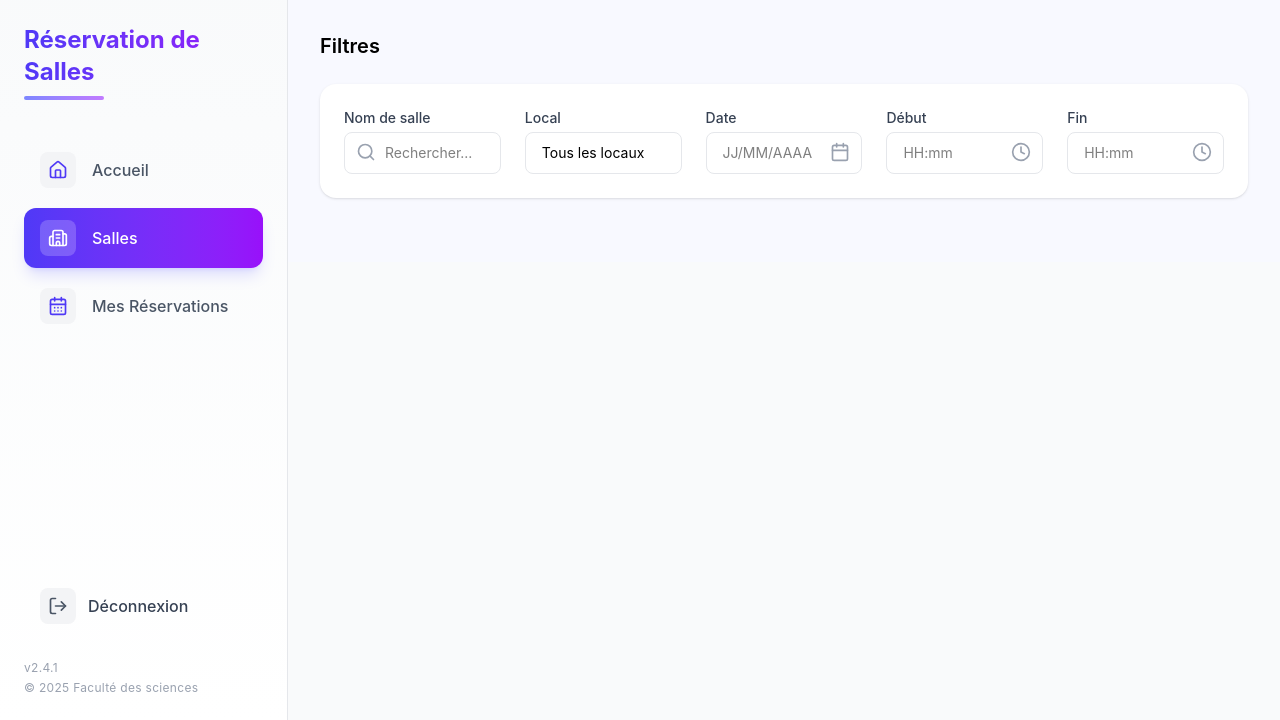
Repository: alaouii1/reservation-salles-front-V0.0.1
Page: /salles
An editor plug-in stored every save of this project. The page is shown before and after the next save, followed by the edit.
The browser window is 1280 px wide. The pictures show the whole page.
The page's requests for data from a server got no answer. The project was rebuilt for these pictures with package versions that can differ from the ones it lists, and the page was loaded fresh each time. No one was signed in, and anything a server would have sent is missing. Also part of the build but not shown: vite.config.ts, src/services/reservationService.ts, src/components/ProchaineReservation.tsx, src/components/ReservationCard.tsx, src/pages/Home.tsx, src/pages/Reservations.tsx.

Above is the page before, as saved 2025-04-24 15:45:30.

### src/index.css
@import 'tailwindcss';
@import url('https://fonts.googleapis.com/css2?family=Inter:wght@400;500;600&display=swap');
@import url('https://fonts.googleapis.com/icon?family=Material+Icons+Outlined');

@tailwind base;
@tailwind components;
@tailwind utilities;

@layer base {
  html {
    font-family: 'Inter', system-ui, sans-serif;
  }
}

body {
  background-color: rgb(249, 250, 251);
}

/* Custom styles for better matching the design */
.bg-primary {
  background-color: #6366F1;
}

.text-primary {
  color: #6366F1;
}

.hover:bg-primary-dark:hover {
  background-color: #4F46E5;
}

/* Custom card styles */
.card {
  @apply bg-white rounded-2xl shadow-sm;
  box-shadow: 0px 1px 3px rgba(16, 24, 40, 0.1), 0px 1px 2px rgba(16, 24, 40, 0.06);
}

### src/App.tsx
import React from 'react';
import { BrowserRouter, Routes, Route, Navigate } from 'react-router-dom';
import Layout from './components/Layout';
import Home from './pages/Home';
import Rooms from './pages/Rooms';
import Reservations from './pages/Reservations';
import './index.css';

function App() {
  return (
    <BrowserRouter>
      <Routes>
        <Route path="/" element={<Layout />}>
          <Route index element={<Home />} />
          <Route path="/salles" element={<Rooms />} />
          <Route path="/reservations" element={<Reservations />} />
          {/* Redirect any unknown routes to home */}
          <Route path="*" element={<Navigate to="/" replace />} />
        </Route>
      </Routes>
    </BrowserRouter>
  );
}

export default App;

### src/components/Layout.tsx
import React from "react";
import { Outlet } from "react-router-dom";

import Sidebar from "./Sidebar";

const Layout: React.FC = () => {
  return (
    <div className="min-h-screen bg-gray-50 flex">
      <Sidebar />
      <div className="flex-1">
        <Outlet />
      </div>
    </div>
  );
};

export default Layout;

### src/pages/Rooms.tsx
import { useEffect, useState, useMemo, useRef } from 'react';
import { getAllSalles } from '../services/salleService';
import { Salle } from '../types/Salle';
import { Search, MapPin, Clock, Calendar } from 'lucide-react';
import { format, parse } from 'date-fns';
import { fr } from 'date-fns/locale';

const AfficherSalles = () => {
  const [salles, setSalles] = useState<Salle[]>([]);
  const [loading, setLoading] = useState(true);
  const [searchQuery, setSearchQuery] = useState('');
  const [selectedLocation, setSelectedLocation] = useState<string>('');
  const [dateInput, setDateInput] = useState('');
  const [startTime, setStartTime] = useState('');
  const [endTime, setEndTime] = useState('');
  const [showStartTimePicker, setShowStartTimePicker] = useState(false);
  const [showEndTimePicker, setShowEndTimePicker] = useState(false);

  const timePickerRef = useRef<HTMLDivElement>(null);
  const dateInputRef = useRef<HTMLInputElement>(null);

  useEffect(() => {
    getAllSalles()
      .then((res) => {
        setSalles(res.data);
        setLoading(false);
      })
      .catch((err) => {
        console.error('Erreur lors du chargement des salles:', err);
        setLoading(false);
      });
  }, []);

  // Close time pickers when clicking outside
  useEffect(() => {
    const handleClickOutside = (event: MouseEvent) => {
      if (timePickerRef.current && !timePickerRef.current.contains(event.target as Node)) {
        setShowStartTimePicker(false);
        setShowEndTimePicker(false);
      }
    };

    document.addEventListener('mousedown', handleClickOutside);
    return () => {
      document.removeEventListener('mousedown', handleClickOutside);
    };
  }, []);

  const locations = useMemo(() => {
    const uniqueLocations = new Set(salles.map(salle => salle.localisationNom));
    return ['Tous les locaux', ...Array.from(uniqueLocations)];
  }, [salles]);

  const handleDateChange = (e: React.ChangeEvent<HTMLInputElement>) => {
    setDateInput(e.target.value);
  };

  const generateTimeOptions = () => {
    const options = [];
    for (let hour = 8; hour <= 20; hour++) {
      options.push(`${hour.toString().padStart(2, '0')}:00`);
      options.push(`${hour.toString().padStart(2, '0')}:30`);
    }
    return options;
  };

  const timeOptions = useMemo(() => generateTimeOptions(), []);

  const filteredSalles = useMemo(() => {
    let filtered = salles;

    if (searchQuery) {
      filtered = filtered.filter(salle =>
        salle.nom.toLowerCase().includes(searchQuery.toLowerCase()) ||
        salle.description?.toLowerCase().includes(searchQuery.toLowerCase())
      );
    }

    if (selectedLocation && selectedLocation !== 'Tous les locaux') {
      filtered = filtered.filter(salle => salle.localisationNom === selectedLocation);
    }

    return filtered;
  }, [salles, searchQuery, selectedLocation]);

  if (loading) {
    return (
      <div className="flex justify-center items-center h-64">
        <div className="animate-spin rounded-full h-12 w-12 border-t-2 border-b-2 border-primary"></div>
      </div>
    );
  }

  return (
    <div className="p-8 max-w-7xl mx-auto bg-[#F8F9FF]">
      <h2 className="text-xl font-semibold mb-6">Filtres</h2>

      {/* Search Filters */}
      <div className="bg-white rounded-2xl p-6 shadow-sm mb-8">
        <div className="grid grid-cols-1 lg:grid-cols-5 gap-6">
          {/* Nom de salle */}
          <div>
            <label htmlFor="room-search" className="block text-sm font-medium text-gray-700 mb-1">Nom de salle</label>
            <div className="relative">
              <input
                id="room-search"
                type="text"
                placeholder="Rechercher..."
                className="w-full pl-10 pr-4 py-2.5 text-sm border border-gray-200 rounded-lg focus:outline-none focus:ring-2 focus:ring-primary focus:border-transparent"
                value={searchQuery}
                onChange={(e) => setSearchQuery(e.target.value)}
              />
              <Search className="w-5 h-5 text-gray-400 absolute left-3 top-2.5" />
            </div>
          </div>

          {/* Local */}
          <div>
            <label htmlFor="location-select" className="block text-sm font-medium text-gray-700 mb-1">Local</label>
            <select
              id="location-select"
              className="w-full px-4 py-2.5 text-sm border border-gray-200 rounded-lg focus:outline-none focus:ring-2 focus:ring-primary focus:border-transparent appearance-none bg-white"
              value={selectedLocation}
              onChange={(e) => setSelectedLocation(e.target.value)}
            >
              {locations.map(location => (
                <option key={location} value={location}>
                  {location}
                </option>
              ))}
            </select>
          </div>

          {/* Date */}
          <div className="relative">
            <label htmlFor="date-input" className="block text-sm font-medium text-gray-700 mb-1">Date</label>
            <div className="relative">
              <input
                ref={dateInputRef}
                id="date-input"
                type="text"
                placeholder="JJ/MM/AAAA"
                className="w-full pl-4 pr-10 py-2.5 text-sm border border-gray-200 rounded-lg focus:outline-none focus:ring-2 focus:ring-primary focus:border-transparent"
                value={dateInput}
                onChange={handleDateChange}
              />
              <Calendar className="w-5 h-5 text-gray-400 absolute right-3 top-2.5 cursor-pointer"
                onClick={() => {
                  if (dateInputRef.current) {
                    dateInputRef.current.type = 'date';
                    dateInputRef.current.showPicker();
                  }
                }}
              />
            </div>
          </div>

          {/* Début */}
          <div>
            <label htmlFor="start-time" className="block text-sm font-medium text-gray-700 mb-1">Début</label>
            <div className="relative" ref={timePickerRef}>
              <input
                id="start-time"
                type="text"
                placeholder="HH:mm"
                className="w-full pl-4 pr-10 py-2.5 text-sm border border-gray-200 rounded-lg focus:outline-none focus:ring-2 focus:ring-primary focus:border-transparent"
                value={startTime}
                onChange={(e) => setStartTime(e.target.value)}
                onClick={() => setShowStartTimePicker(true)}
              />
              <Clock className="w-5 h-5 text-gray-400 absolute right-3 top-2.5 cursor-pointer"
                onClick={() => setShowStartTimePicker(!showStartTimePicker)}
              />

              {showStartTimePicker && (
                <div className="absolute top-full left-0 mt-1 bg-white rounded-lg shadow-lg z-10 w-full max-h-48 overflow-y-auto border border-gray-200">
                  {timeOptions.map(time => (
                    <div
                      key={time}
                      className="px-4 py-2 hover:bg-gray-100 cursor-pointer text-sm"
                      onClick={() => {
                        setStartTime(time);
                        setShowStartTimePicker(false);
                      }}
                    >
                      {time}
                    </div>
                  ))}
                </div>
              )}
            </div>
          </div>

          {/* Fin */}
          <div>
            <label htmlFor="end-time" className="block text-sm font-medium text-gray-700 mb-1">Fin</label>
            <div className="relative" ref={timePickerRef}>
              <input
                id="end-time"
                type="text"
                placeholder="HH:mm"
                className="w-full pl-4 pr-10 py-2.5 text-sm border border-gray-200 rounded-lg focus:outline-none focus:ring-2 focus:ring-primary focus:border-transparent"
                value={endTime}
                onChange={(e) => setEndTime(e.target.value)}
                onClick={() => setShowEndTimePicker(true)}
              />
              <Clock className="w-5 h-5 text-gray-400 absolute right-3 top-2.5 cursor-pointer"
                onClick={() => setShowEndTimePicker(!showEndTimePicker)}
              />

              {showEndTimePicker && (
                <div className="absolute top-full left-0 mt-1 bg-white rounded-lg shadow-lg z-10 w-full max-h-48 overflow-y-auto border border-gray-200">
                  {timeOptions.map(time => (
                    <div
                      key={time}
                      className="px-4 py-2 hover:bg-gray-100 cursor-pointer text-sm"
                      onClick={() => {
                        setEndTime(time);
                        setShowEndTimePicker(false);
                      }}
                    >
                      {time}
                    </div>
                  ))}
                </div>
              )}
            </div>
          </div>
        </div>
      </div>

      {/* Room Cards
      <div className="grid grid-cols-1 md:grid-cols-3 gap-6">
        {filteredSalles.map((salle) => (
          <div
            key={salle.id}
            className="bg-white rounded-2xl p-6 shadow-sm hover:shadow-md transition-all"
          >
            <div className="flex items-start justify-between mb-4">
              <h3 className="text-xl font-semibold text-[#4F46E5]">
                {salle.nom}
              </h3>
              <span className={`px-3 py-1 rounded-full text-sm ${
                salle.id % 2 === 0 ? 'bg-green-100 text-green-700' : 'bg-red-100 text-red-700'
              }`}>
                {salle.id % 2 === 0 ? 'Disponible' : 'Occupée'}
              </span>
            </div>

            <div className="flex items-center text-gray-600 mb-4">
              <MapPin className="w-4 h-4 mr-2" />
              {salle.localisationNom}
            </div>

            <p className="text-gray-600 mb-6 text-sm">
              {salle.description || 'Pas de description disponible.'}
            </p>

            <button
              className={`w-full py-3 rounded-lg text-center font-medium ${
                salle.id % 2 === 0
                  ? 'bg-[#4F46E5] text-white hover:bg-[#4338CA]'
                  : 'bg-gray-100 text-gray-400 cursor-not-allowed'
              }`}
              disabled={salle.id % 2 !== 0}
            >
              {salle.id % 2 === 0 ? 'Réserver' : 'Non disponible'}
            </button>
          </div>
        ))}
      </div>
    </div> */}
    {/* Room Cards */}
<div className="grid grid-cols-1 md:grid-cols-2 lg:grid-cols-3 gap-6">
  {filteredSalles.map((salle) => (
    <div
      key={salle.id}
      className="bg-white rounded-2xl p-6 border border-gray-100 shadow-lg hover:shadow-xl transition-all duration-300 hover:-translate-y-1"
    >
      <div className="flex items-start justify-between mb-5">
        <h3 className="text-xl font-semibold bg-gradient-to-r from-indigo-600 to-purple-600 bg-clip-text text-transparent">
          {salle.nom}
        </h3>
        <span className={`px-3 py-1 rounded-full text-xs font-medium ${
          salle.id % 2 === 0
            ? 'bg-green-50 text-green-600 border border-green-100'
            : 'bg-red-50 text-red-600 border border-red-100'
        }`}>
          {salle.id % 2 === 0 ? 'Disponible' : 'Occupée'}
        </span>
      </div>

      <div className="flex items-center text-gray-600 mb-4">
        <MapPin className="w-5 h-5 mr-2 text-indigo-500" />
        <span className="text-gray-700">{salle.localisationNom}</span>
      </div>

      <p className="text-gray-600 mb-6 text-sm leading-relaxed">
        {salle.description || 'Pas de description disponible.'}
      </p>

      <div className="flex items-center justify-between mt-auto">
        <div className="flex items-center text-sm text-gray-500">
          <Users className="w-4 h-4 mr-1" />
          <span>Capacité: {salle.capacite || 'N/A'}</span>
        </div>
        <button
          className={`px-6 py-2 rounded-xl font-medium transition-all duration-300 ${
            salle.id % 2 === 0
              ? 'bg-gradient-to-r from-indigo-600 to-purple-600 text-white hover:from-indigo-700 hover:to-purple-700 shadow-md hover:shadow-lg'
              : 'bg-gray-100 text-gray-400 cursor-not-allowed'
          }`}
          disabled={salle.id % 2 !== 0}
        >
          {salle.id % 2 === 0 ? 'Réserver' : 'Indisponible'}
        </button>
      </div>
    </div>
  ))}
</div>
    </div>
  );
};

export default AfficherSalles;

### src/services/salleService.ts
// src/services/salleService.ts
import { api } from '../api/axios';
import { Salle, SalleRequest } from '../types/Salle';

export const getAllSalles = () => api.get<Salle[]>('http://localhost:8080/api/salles');

export const getSalleById = (id: number) => api.get<Salle>(`http://localhost:8080/api/salles/${id}`);

export const createSalle = (data: SalleRequest) =>
  api.post<Salle>('http://localhost:8080/api/salles', data);

export const updateSalle = (id: number, data: SalleRequest) =>
  api.put<Salle>(`http://localhost:8080/api/salles/${id}`, data);

export const deleteSalle = (id: number) => api.delete(`http://localhost:8080/api/salles/${id}`);

### src/api/axios.ts
// src/api/axios.ts
import axios from 'axios';

export const api = axios.create({
  baseURL: 'http://localhost:8080/api', // adapt this to match your Spring Boot API
});

Loaded but not shown: index.html (common file); src/main.tsx (common file); src/components/Sidebar.tsx (95 lines, source omitted)

After the next save:
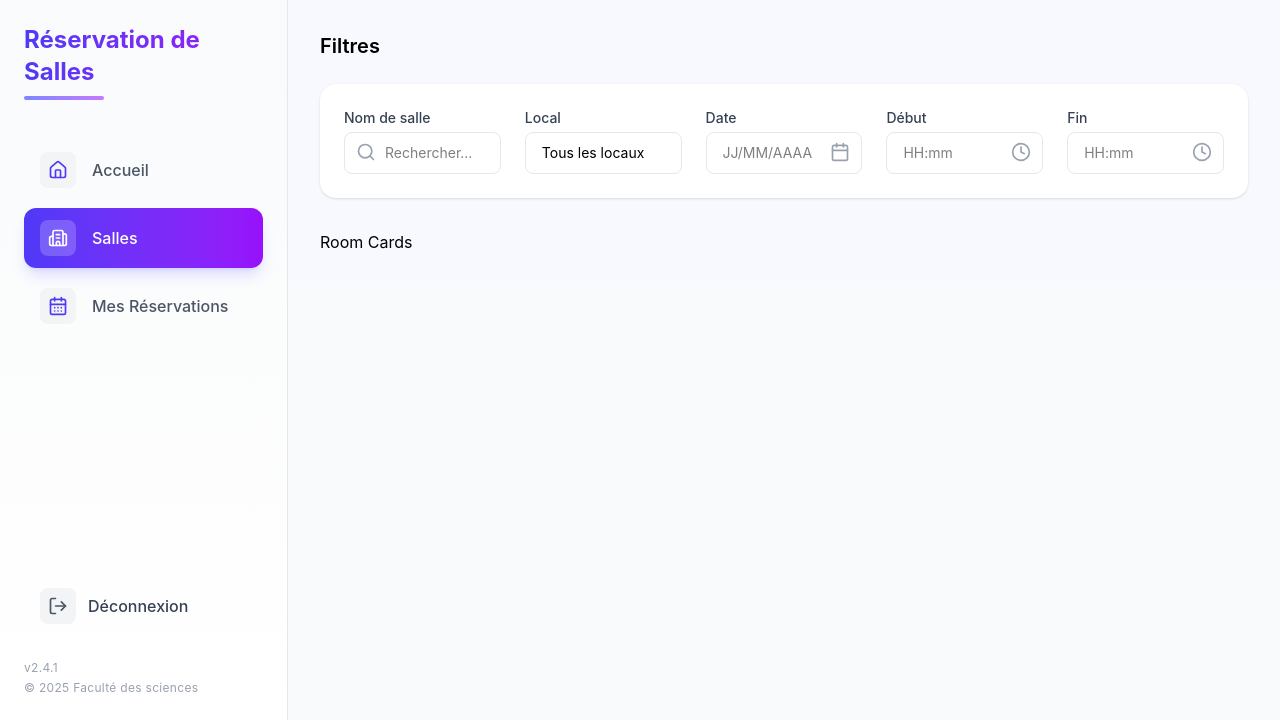
Saved 21 s later.
--- a/src/pages/Rooms.tsx
+++ b/src/pages/Rooms.tsx
@@ -229,7 +229,7 @@
         </div>
       </div>
 
-      {/* Room Cards
+      Room Cards
       <div className="grid grid-cols-1 md:grid-cols-3 gap-6">
         {filteredSalles.map((salle) => (
           <div
@@ -269,55 +269,6 @@
           </div>
         ))}
       </div>
-    </div> */}
-    {/* Room Cards */}
-<div className="grid grid-cols-1 md:grid-cols-2 lg:grid-cols-3 gap-6">
-  {filteredSalles.map((salle) => (
-    <div
-      key={salle.id}
-      className="bg-white rounded-2xl p-6 border border-gray-100 shadow-lg hover:shadow-xl transition-all duration-300 hover:-translate-y-1"
-    >
-      <div className="flex items-start justify-between mb-5">
-        <h3 className="text-xl font-semibold bg-gradient-to-r from-indigo-600 to-purple-600 bg-clip-text text-transparent">
-          {salle.nom}
-        </h3>
-        <span className={`px-3 py-1 rounded-full text-xs font-medium ${
-          salle.id % 2 === 0
-            ? 'bg-green-50 text-green-600 border border-green-100'
-            : 'bg-red-50 text-red-600 border border-red-100'
-        }`}>
-          {salle.id % 2 === 0 ? 'Disponible' : 'Occupée'}
-        </span>
-      </div>
-
-      <div className="flex items-center text-gray-600 mb-4">
-        <MapPin className="w-5 h-5 mr-2 text-indigo-500" />
-        <span className="text-gray-700">{salle.localisationNom}</span>
-      </div>
-
-      <p className="text-gray-600 mb-6 text-sm leading-relaxed">
-        {salle.description || 'Pas de description disponible.'}
-      </p>
-
-      <div className="flex items-center justify-between mt-auto">
-        <div className="flex items-center text-sm text-gray-500">
-          <Users className="w-4 h-4 mr-1" />
-          <span>Capacité: {salle.capacite || 'N/A'}</span>
-        </div>
-        <button
-          className={`px-6 py-2 rounded-xl font-medium transition-all duration-300 ${
-            salle.id % 2 === 0
-              ? 'bg-gradient-to-r from-indigo-600 to-purple-600 text-white hover:from-indigo-700 hover:to-purple-700 shadow-md hover:shadow-lg'
-              : 'bg-gray-100 text-gray-400 cursor-not-allowed'
-          }`}
-          disabled={salle.id % 2 !== 0}
-        >
-          {salle.id % 2 === 0 ? 'Réserver' : 'Indisponible'}
-        </button>
-      </div>
-    </div>
-  ))}
-</div>
     </div>
   );
 };

After the 6 saves that followed:
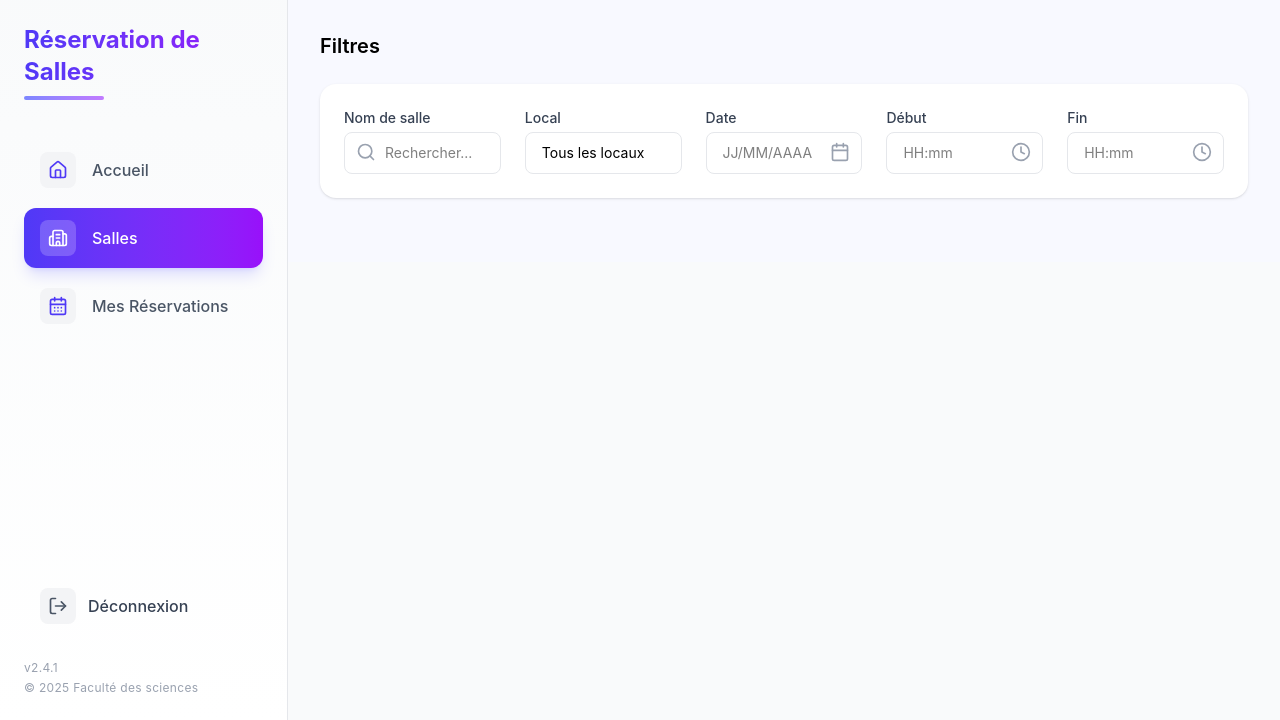
The 6 saves are shown as one change because 2 did not build or start and 1 left the picture as it was and some came seconds apart.
The last was saved 63 s later.
--- a/src/pages/Rooms.tsx
+++ b/src/pages/Rooms.tsx
@@ -229,7 +229,7 @@
         </div>
       </div>
 
-      Room Cards
+      {/* Room Cards
       <div className="grid grid-cols-1 md:grid-cols-3 gap-6">
         {filteredSalles.map((salle) => (
           <div
@@ -268,7 +268,55 @@
             </button>
           </div>
         ))}
-      </div>
+      </div> */}
+      {/* Room Cards */}
+<div className="grid grid-cols-1 md:grid-cols-2 lg:grid-cols-3 gap-6">
+  {filteredSalles.map((salle) => (
+    <div
+      key={salle.id}
+      className="bg-white rounded-2xl p-6 border border-gray-100 shadow-lg hover:shadow-xl transition-all duration-300 hover:-translate-y-1"
+    >
+      <div className="flex items-start justify-between mb-5">
+        <h3 className="text-xl font-semibold bg-gradient-to-r from-indigo-600 to-purple-600 bg-clip-text text-transparent">
+          {salle.nom}
+        </h3>
+        <span className={`px-3 py-1 rounded-full text-xs font-medium ${
+          salle.id % 2 === 0
+            ? 'bg-green-50 text-green-600 border border-green-100'
+            : 'bg-red-50 text-red-600 border border-red-100'
+        }`}>
+          {salle.id % 2 === 0 ? 'Disponible' : 'Occupée'}
+        </span>
+      </div>
+
+      <div className="flex items-center text-gray-600 mb-4">
+        <MapPin className="w-5 h-5 mr-2 text-indigo-500" />
+        <span className="text-gray-700">{salle.localisationNom}</span>
+      </div>
+
+      <p className="text-gray-600 mb-6 text-sm leading-relaxed">
+        {salle.description || 'Pas de description disponible.'}
+      </p>
+
+      <div className="flex items-center justify-between mt-auto">
+        <div className="flex items-center text-sm text-gray-500">
+          <Users className="w-4 h-4 mr-1" />
+          <span>Capacité: {salle.capacite || 'N/A'}</span>
+        </div>
+        <button
+          className={`px-6 py-2 rounded-xl font-medium transition-all duration-300 ${
+            salle.id % 2 === 0
+              ? 'bg-gradient-to-r from-indigo-600 to-purple-600 text-white hover:from-indigo-700 hover:to-purple-700 shadow-md hover:shadow-lg'
+              : 'bg-gray-100 text-gray-400 cursor-not-allowed'
+          }`}
+          disabled={salle.id % 2 !== 0}
+        >
+          {salle.id % 2 === 0 ? 'Réserver' : 'Indisponible'}
+        </button>
+      </div>
+    </div>
+  ))}
+</div>
     </div>
   );
 };
